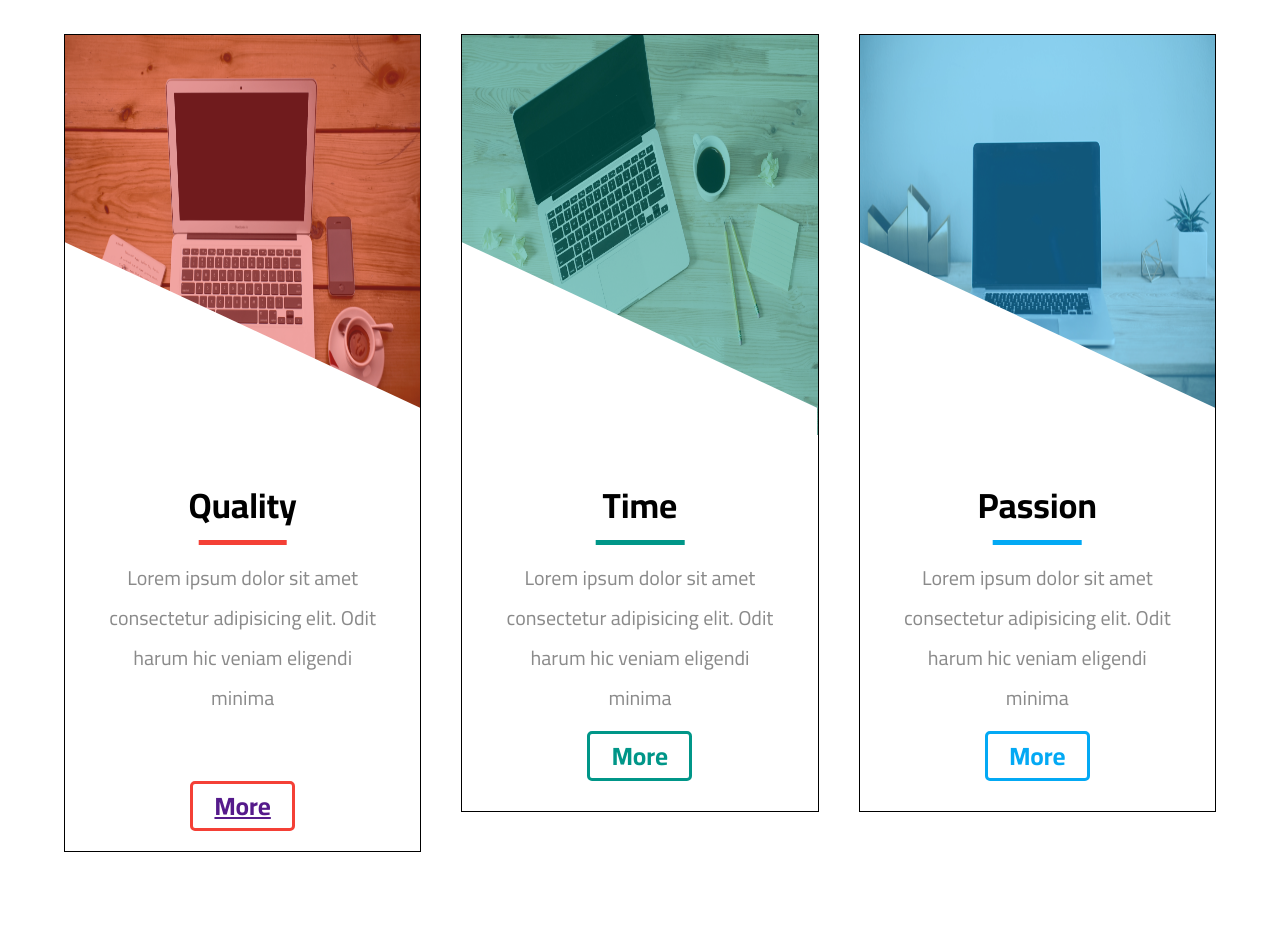
Repository: Toqa-25/elzeroAcdemey-Templete
Page: index.html
The author's editor kept a copy of each file at every save. The page is drawn from the files as they stood at one save, then again after the next save.
The browser window is 1280 px wide. The pictures show the part of the page from y = 3254 to 4206 px (the page is 4206 px tall).
A picture or video elsewhere on the page could not be fetched, so the positions and the page height are approximate.

Above is the page before, as saved 2022-01-20 04:37:42.

After the next save:
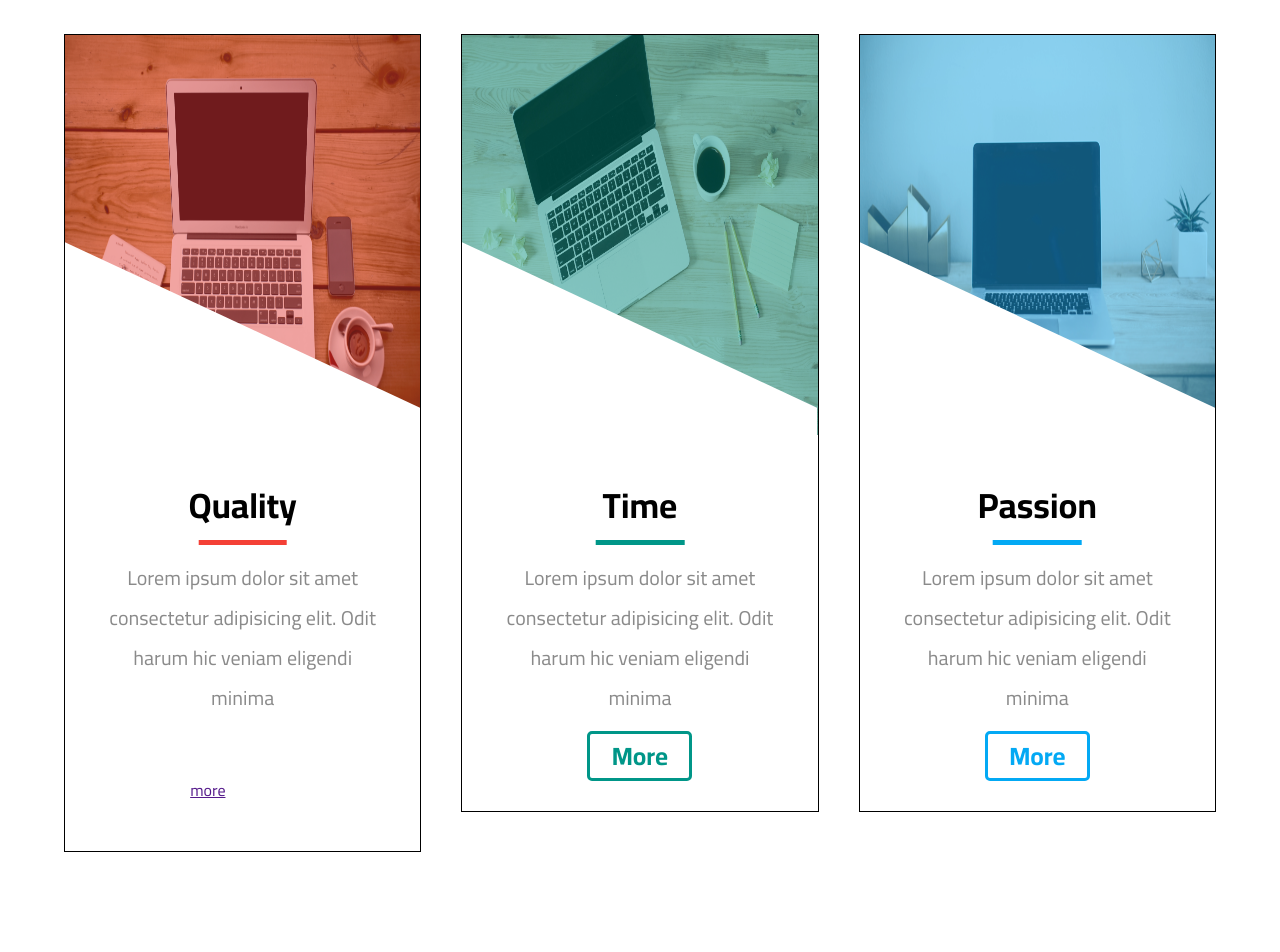
Saved 39 s later.
--- a/index.html
+++ b/index.html
@@ -234,7 +234,7 @@
                     <!-- <button class="features-content-item-btn">more</button> -->
                 </div>
                 <div class="features-content-item-more">
-                      <button class="features-content-item-btn"><a href="" class="li">more</a></button>
+                      <a href="" class="li">more</a></button>
                   </div>
               </div>
               <div class="features-content-item">
